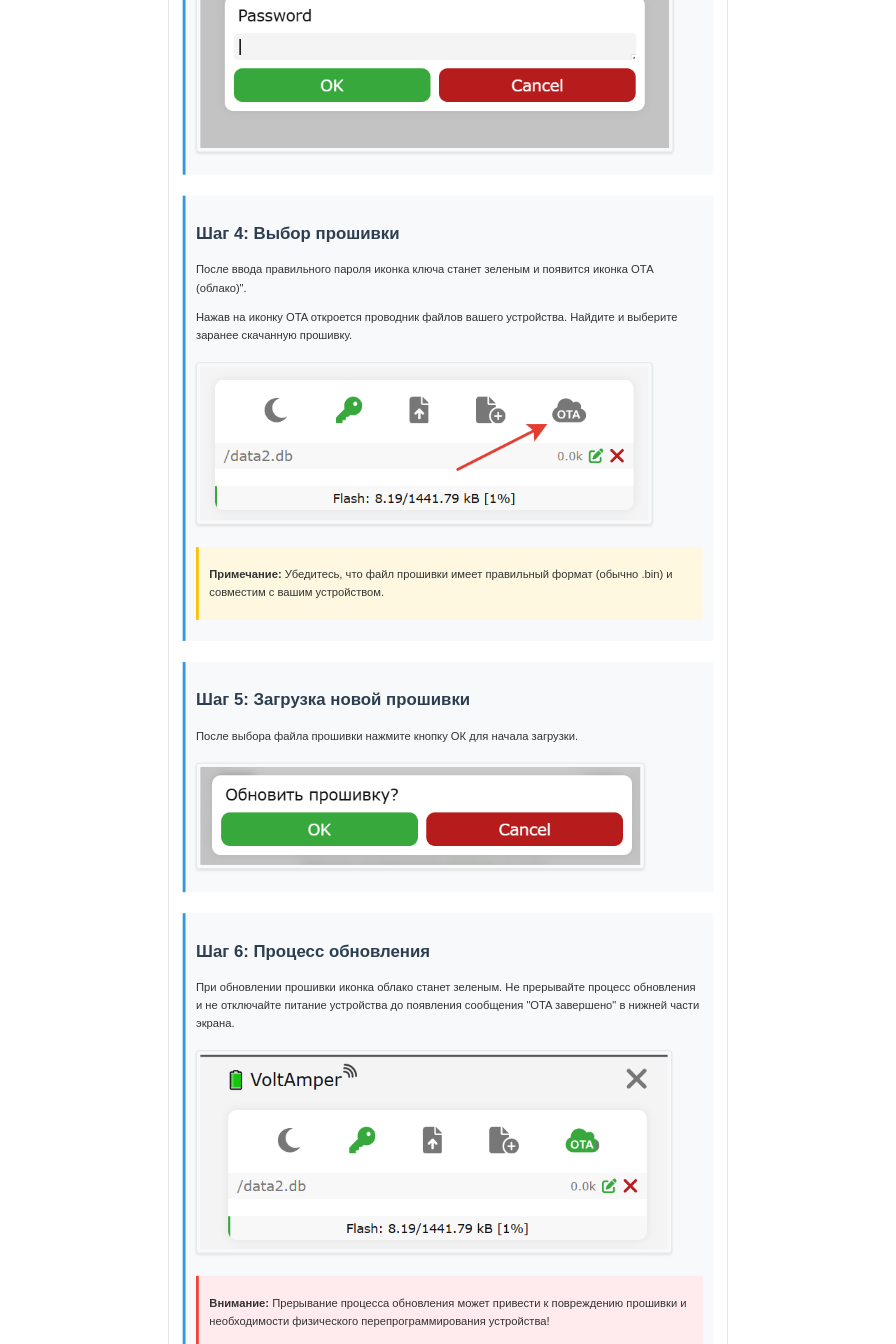
Repository: NikElectronics/ELIXStoFIX
Page: firmware.html
An editor plug-in stored every save of this project. The page is shown before and after the next save, followed by the edit.
The browser window is 1280 px wide. The pictures show the part of the page from y = 2561 to 4481 px (the page is 5956 px tall before and 6243 px after), at 70% of full size.

Above is the page before, as saved 2026-01-21 09:24:12.

After the next save:
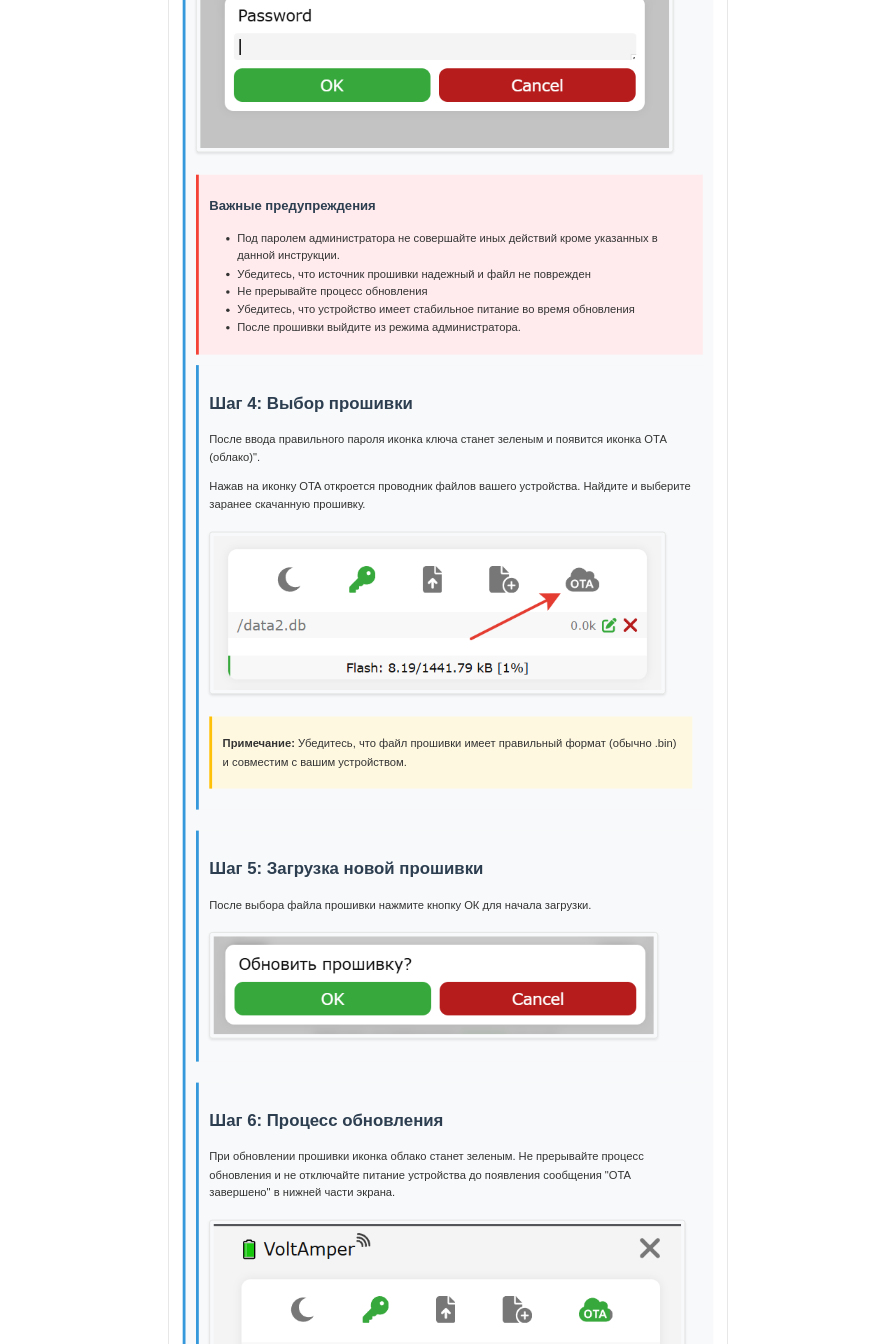
Saved 2 min 22 s later.
--- a/firmware.html
+++ b/firmware.html
@@ -227,6 +227,16 @@
             <p>И введите в поле, открывшегося окна Password, пароль LXTFIX (для новых версий) или nik1709 (для старых
                 версий)</p>
             <img src="images/password.png" alt="Главная страница веб-интерфейса" class="screenshot">
+                 <div class="warning" id="importantWarnings">
+            <h3>Важные предупреждения</h3>
+            <ul>
+                <li>Под паролем администратора не совершайте иных действий кроме указанных в данной инструкции.</li>
+                <li>Убедитесь, что источник прошивки надежный и файл не поврежден</li>
+                <li>Не прерывайте процесс обновления</li>
+                <li>Убедитесь, что устройство имеет стабильное питание во время обновления</li>
+                <li>После прошивки выйдите из режима администратора.</li>
+            </ul>
+
         </div>
 
         <div class="step">
